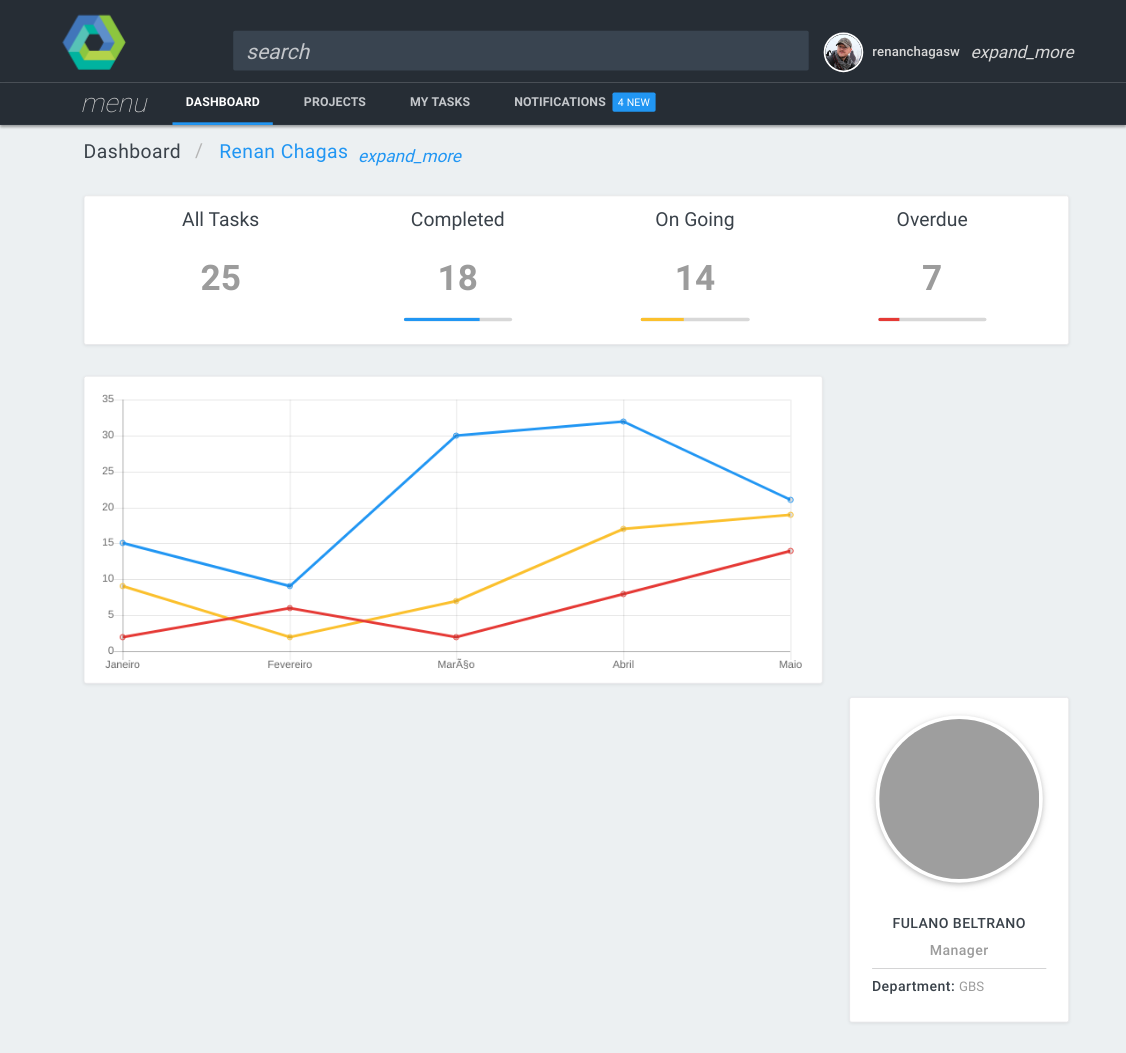
Repository: RenanChagas/ProjectManagement
Page: http://localhost/finalproject/WEB-INF/views/dashboard.jsp
These files come from the project's save history. The page is drawn as it stood at one moment and after the next save; the edit follows.
The browser window is 1280 px wide. The pictures show the whole page, at 88% of full size.
Pictures or frames that could not be fetched are drawn as grey boxes. The page is served by Tomcat 9. Nobody is signed in. Other server files are loaded and not shown. The template is opened directly, without the code that normally fills it, so the values that code supplies are empty.

Above is the page before, as saved 2017-08-27 16:33:14.

### finalproject/src/main/webapp/WEB-INF/views/dashboard.jsp
<%@ page language="java" contentType="text/html; charset=ISO-8859-1" pageEncoding="ISO-8859-1"%>
<%@ taglib prefix="c" uri="http://java.sun.com/jsp/jstl/core"%>
<%@ taglib prefix="form" uri="http://www.springframework.org/tags/form"%>
<%@ taglib prefix="t" uri="http://www.springframework.org/tags"%>

<!DOCTYPE html>
<html lang="en">
<head>
  <meta http-equiv="Content-Type" content="text/html; charset=UTF-8"/>
  <meta name="viewport" content="width=device-width, initial-scale=1, maximum-scale=1.0"/>
  <title>Course Management</title>

  <!-- CSS  -->
  <link href="https://fonts.googleapis.com/icon?family=Material+Icons" rel="stylesheet">
  <link type="text/css" rel="stylesheet" media="screen,projection" href="<c:url value='/static/css/materialize.css' />"/>
  <link type="text/css" rel="stylesheet" media="screen,projection" href="<c:url value='/static/css/custom-css.css' />"/>

  <!--  Scripts-->
  <script src="<c:url value="/static/js/jquery-2.1.1.min.js" />"></script>
  <script src="<c:url value="/static/js/materialize.js" />"></script>
  <script src="<c:url value="/static/js/Chart.js" />"></script>
  <script src="<c:url value="/static/js/menu.js" />"></script>


</head>
<body>

	<!-- NAV TOP  -->
	<nav id="logo_nav" class="MDC-navbar-style MDC-shadow-0 hide-on-small-and-down">
    	<div class="nav-wrapper MDC-nav-margin">
    		<!--  NAV CONTAINER -->
      		<div class="row MDC-nav-top-container ">

        	<!-- Logo -->
        	<div class="col s12 m3 l2">
          		<div class="MDC-nav-logo-position">
          			<img src="<c:url value="/static/images/default/logo.png"/>" class="MDC-nav-logo-size"/>
          		</div>
        	</div>

        	<!-- Search -->
        	<div class="col s12 m7 l7">
          		<div class="MDC-nav-search-position">
            	<form>
              		<div class="input-field">
                		<input id="search" type="search" class="MDC-nav-search-focus" required>
                		<label class="label-icon" for="search"><i class="material-icons MDC-nav-search-focus">search</i></label>
                  		<i class="material-icons MDC-nav-search-focus">close</i>
              		</div>
            	</form>
          		</div>
        	</div>

        	<!-- Avatar -->
        	<div class="col s12 m2 l3">
          		<div class="MDC-nav-account-position">
	            	<!-- Dropdown Trigger -->
	            	<a class="dropdown-button " data-beloworigin="true"
	               		href='#' data-activates='account-dropdown'>
	               		<div class="MDC-nav-account-option-position hide-on-med-and-down">
	                		 <i class="material-icons MDC-icon-small MDC-color-grey-light">expand_more</i>
	               		</div>
	               		<span class="MDC-login-text MDC-nav-account-text-position
	               					MDC-color-grey-light hide-on-med-and-down">
	                 	renanchagasw
	               		</span>
	               		<img src="<c:url value="/static/images/users/renanchagasw/renanchagasw.png"/>"
	               				class="MDC-avatar-circle-small mdc-nav-avatar-position"/>
	            	</a>
	            	<!-- Dropdown Structure -->
	            	<ul id='account-dropdown' class='dropdown-content MDC-nav-account-dropdown-position'>
	              		<li><a id="profile" class="modal-trigger MDC-color-grey-dark-2 MDC-font-15" href="profile">Profile</a></li>
	              		<li><a class="MDC-color-grey-dark-2 MDC-font-15" href="#!">Report a Problem</a></li>
	              		<li class="divider"></li>
	              		<li><a class="MDC-color-grey-dark-2 MDC-font-15" href="logout">Logout</a></li>
	            	</ul>
          		</div>
        	</div>

			</div>
			<!--  NAV CONTAINER - END-->
		</div>
	</nav>
	<!-- NAV TOP - END -->

  	<!-- NAV MENU  -->
  <div class="MDC-menu-fullWidth">
    <div class="MDC-shadow-bottom">
      <header class="MDC-shadow-bottom">
        <nav id="menu_nav" class="MDC-navbar-menu-size MDC-navbar-style MDC-shadow-0 MDC-nav-margin">
          <div class="nav-wrapper MDC-nav-margin MDC-left">
            <!-- MENU ROW -->
            <div class="row">
              <div class="col">
                <div class="MDC-nav-menu-container">

                  <ul id="nav-mobile" class="MDC-nav-menu-ul left left-align">
                    <a href="#" id="mobile-icon" onclick="openNav()" class="left MDC-padding-mobile-0
                    MDC-hover-none">
                      <i class="material-icons MDC-nav-tabs-icon MDC-color-grey-light">
                        menu
                      </i>
                    </a>
                    <li class="MDC-navbar-menu"><a class="active MDC-navbar-active" href="#!">Dashboard</a></li>
                    <li class="MDC-navbar-menu"><a href="#!">Projects</a></li>
                    <li class="MDC-navbar-menu"><a href="#!">My Tasks</a></li>
                    <li class="MDC-navbar-menu"><a  href="#!">Notifications
                      <span class="new badge MDC-notification-badge-style" data-badge-caption="">
                        <font class="MDC-font-weight-400">4 NEW</font>
                      </span>
                      </a>
                    </li>
                  </ul>
                  <div id="mySidenav" class="MDC-sidenav">
                    <a href="javascript:void(0)" class="MDC-closebtn" onclick="closeNav()">x</a>
                    <a href="#">About</a>
                    <a href="#">Services</a>
                    <a href="#">Clients</a>
                    <a href="#">Contact</a>
                  </div>

                </div>
              </div>
            </div>
            <!-- MENU ROW - END -->
          </div>
        </nav>
      </header>
    </div>
  </div>
  <!-- NAV MENU - END -->

  <!-- TITLE PAGE -->
  <div class="row  MDC-page-center MDC-page-container">
    <div class="col MDC-padding-0 left">
      <div class="MDC-page-title-size">
        <font class="MDC-h5-style MDC-color-grey-dark-2 MDC-display-inline">Dashboard</font>
        <font class="MDC-h5-style MDC-color-grey-light-2 MDC-display-inline MDC-relative
                     MDC-news-counterBar-position">/
        </font>
        <font class="MDC-h5-style MDC-color-blue MDC-display-inline">Renan Chagas</font>
        <i class="material-icons MDC-icon-small MDC-color-blue
                  MDC-news-expand-icon-position MDC-relative">expand_more</i>

      </div>
    </div>
  </div>
  <!-- TITLE PAGE - END -->

  <!-- RESUME CONTAINER -->
  <div class="MDC-page-center MDC-page-container">
    <!-- RESUME CONTENT -->
    <div class="row MDC-page-margin-top">
      <div class="col l12 MDC-padding-0 MDC-margin-right40">
        <div class="MDC-card MDC-dashboard-card-size">
          <div class="MDC-card-news-container">

            <!-- All Courses -->
            <div class="col l3">
              <div class="row center">
                <font class="MDC-font-22 MDC-color-grey-dark-2">
                  All Tasks
                </font>
              </div>
              <div class="row center">
                <font class="MDC-font-60 MDC-font-bold MDC-color-grey">
                  25
                </font>
              </div>
            </div>

            <!-- Completed Courses -->
            <div class="col l3">
              <div class="row center">
                <font class="MDC-font-22 MDC-color-grey-dark-2">
                  Completed
                </font>
              </div>
              <div class="row center">
                <font class="MDC-font-60 MDC-font-bold MDC-color-grey ">
                  18
                </font>
                <div class="progress MDC-progressBar-50 MDC-margin-0 MDC-top15 MDC-background-grey-light">
                  <div class="determinate" style="width: 70%"></div>
                </div>
              </div>
            </div>

            <!-- Missing Courses -->
            <div class="col l3">
              <div class="row center">
                <font class="MDC-font-22 MDC-color-grey-dark-2">
                  On Going
                </font>
              </div>
              <div class="row center">
                <font class="MDC-font-60 MDC-font-bold MDC-color-grey ">
                  14
                </font>
                <div class="progress MDC-progressBar-50 MDC-margin-0 MDC-top15 MDC-background-grey-light">
                  <div class="determinate yellow darken-2" style="width: 40%"></div>
                </div>
              </div>
            </div>

            <!-- Overdue Courses -->
            <div class="col l3">
              <div class="row center">
                <font class="MDC-font-22 MDC-color-grey-dark-2">
                  Overdue
                </font>
              </div>
              <div class="row center">
                <font class="MDC-font-60 MDC-font-bold MDC-color-grey ">
                  7
                </font>
                <div class="progress MDC-progressBar-50 MDC-margin-0 MDC-top15 MDC-background-grey-light">
                  <div class="determinate red darken-1" style="width: 20%"></div>
                </div>
              </div>
            </div>

          </div>
        </div>
      </div>
    </div>
    <!-- RESUME CONTENT - END -->

    <!-- Graphics -->
    <div class="row">
      <div class="col l9 MDC-padding-0 MDC-margin-right40">
        <div class="MDC-card MDC-dashboardGraphics-card-size">
          <div class="MDC-card-news-container">

            <div>
                <canvas class="MDC-margin-top20" id="chartjs-0" width="100" height="320"></canvas>
            </div>
            <script>
            new Chart(document.getElementById("chartjs-0"), {
              type: 'line',
              data: {
                labels: ["Janeiro", "Fevereiro", "Março", "Abril", "Maio"],
                datasets: [
                  {
                    label: "Tasks Completed",
                    borderColor: "#2196F3",
                    data: [15,9,30,32,21],
                    fill: false,
                    lineTension: 0
                  },
                  {
                    label: "Tasks Ovedue",
                    borderColor: "#e53935",
                    data: [2,6,2,8,14],
                    fill: false,
                    lineTension: 0
                  },
                  {
                    label: "Tasks On Going",
                    borderColor: "#fbc02d",
                    data: [9,2,7,17,19],
                    fill: false,
                    lineTension: 0
                  }
                ]
              },
              "options":{
                "legend": {
                  display: false
                },
                "responsive": true,
                "maintainAspectRatio": false,
                "scales": {
                  "xAxes": [{
                            "gridLines": {
                              display:true
                            }
                  }],
                  "yAxes": [{
                            "gridLines": {
                              display:true
                            }
                            }]
                  }
              }
            });

            </script>

          </div>
        </div>
      </div>

      <!-- Courses -->
      <div class="col MDC-padding-0 right">
        <div class="MDC-card MDC-course-card-size">

          <!-- Image -->
          <a href="#">
            <div class="row center MDC-margin-top20">
              <img src="images/temp/man-profile-circle-4.png"
                class="MDC-avatar-circle-large MDC-shadow-default"/>
            </div>
          </a>

          <!-- Title -->
          <div class="row center MDC-margin-bottom-10">
            <font class="truncate MDC-font-course-title MDC-color-grey-dark-2">
                Fulano Beltrano
              </font>
          </div>

          <!-- Time Course -->
          <div class="row center MDC-margin-bottom-10">
            <font class="truncate MDC-font-course-title MDC-uppercase-none
                        MDC-color-grey">
              Manager
            </font>
          </div>

          <!-- Member Course -->
          <div class="row MDC-margin-top10 MDC-width-80perc">
            <div class="MDC-divider"></div>
            <font class="truncate MDC-font-course-title MDC-uppercase-none
                        MDC-color-grey-dark-2">
                Department:
            </font>
            <font class="MDC-color-grey">GBS</font>
          </div>
        <!-- CARD END -->
        </div>
      </div>
      <!-- Courses END -->


    </div>


  </div>
  <!-- RESUME CONTAINER - END -->

</body>
</html>

Loaded but not shown: finalproject/src/main/webapp/static/css/materialize.css (library); finalproject/src/main/webapp/static/js/jquery-2.1.1.min.js (library); finalproject/src/main/webapp/static/js/materialize.js (library); finalproject/src/main/webapp/static/js/Chart.js (library); finalproject/src/main/webapp/static/js/menu.js (49 lines, source omitted); finalproject/src/main/webapp/static/css/custom-css.css (1593 lines, source omitted)

After the next save:
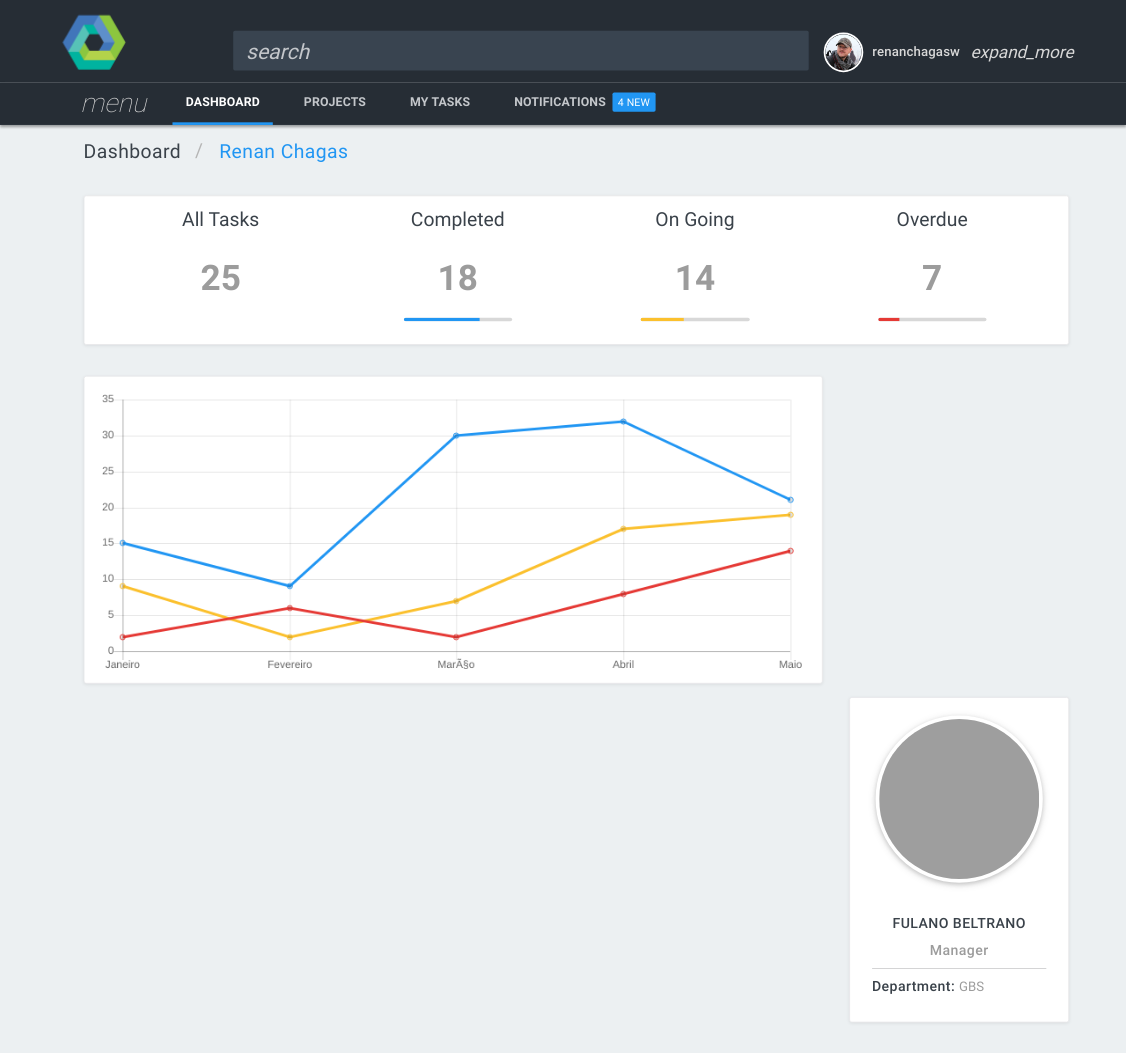
Saved 114 s later.
--- a/finalproject/src/main/webapp/WEB-INF/views/dashboard.jsp
+++ b/finalproject/src/main/webapp/WEB-INF/views/dashboard.jsp
@@ -139,8 +139,6 @@
                      MDC-news-counterBar-position">/
         </font>
         <font class="MDC-h5-style MDC-color-blue MDC-display-inline">Renan Chagas</font>
-        <i class="material-icons MDC-icon-small MDC-color-blue
-                  MDC-news-expand-icon-position MDC-relative">expand_more</i>
 
       </div>
     </div>
